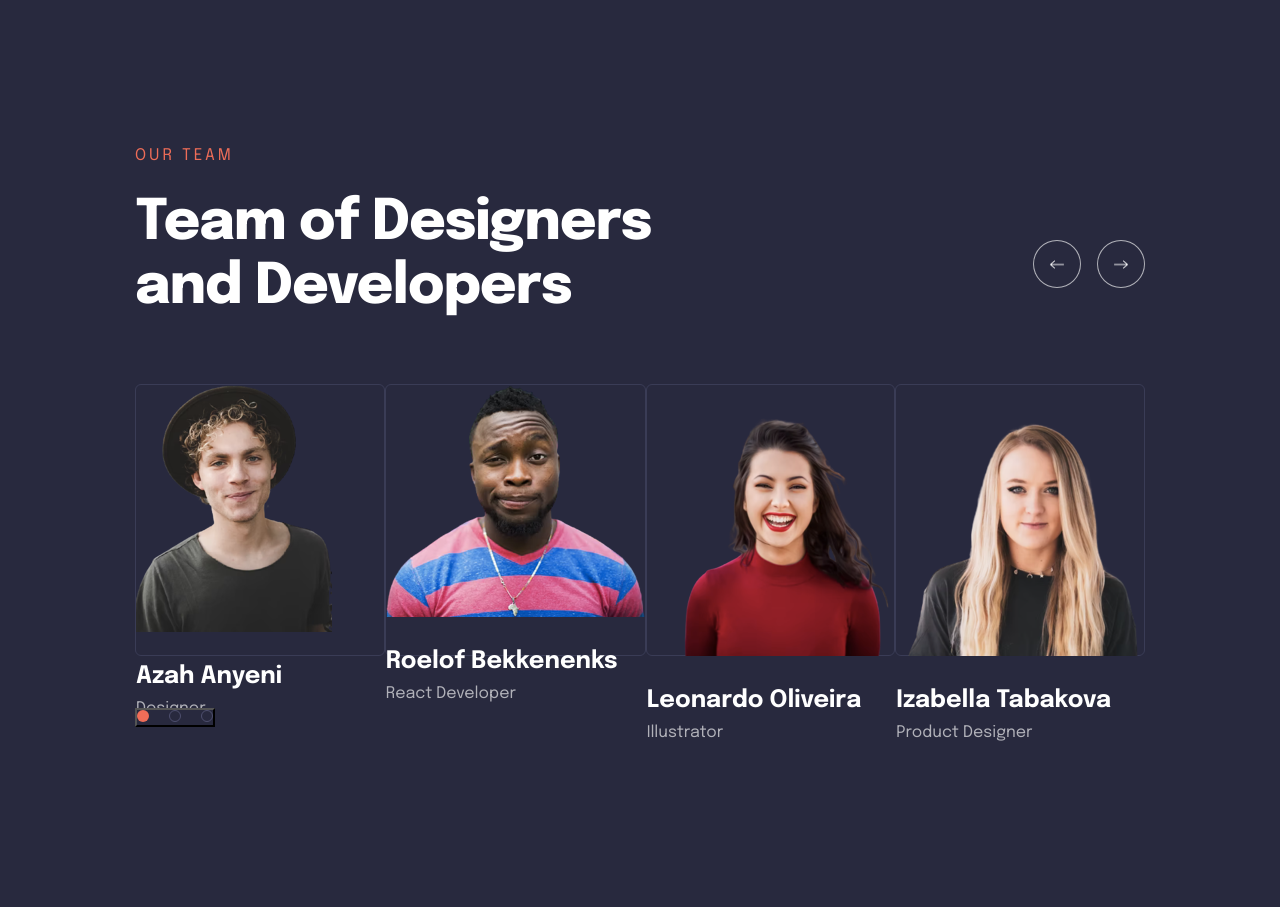
Repository: NatiqSamiyev/next-figma-project
Page: index.html
An editor plug-in stored every save of this project. The page is shown before and after a run of saves, followed by the edit.
The browser window is 1280 px wide. The pictures show the whole page.

Above is the page before, as saved 2023-08-21 15:40:32.

### index.html
<!DOCTYPE html>
<html lang="en">
<head>
    <meta charset="UTF-8">
    <meta name="viewport" content="width=device-width, initial-scale=1.0">
    <title>Document</title>
    <link rel="stylesheet" href="index.css">
</head>
<body>

    <div class="container">
        <div class="top-container">

            <div class="left">
                <h1>Our Team</h1>
                <h2>
                    Team of Designers
                    and Developers
                </h2>

            </div>

            <div class="right">

                    <button class="btn-1">
                        <img src="./image/Path.png" alt="">
                    </button>



                    <button class="btn-2">
                        <img src="./image/Path (1).png" alt="">
                    </button>


            </div>
        </div>


        <div class="image-box">
            <ul>
                <li class="first-child">
                    <div>
                        <img src="./image/Bitmap.svg" alt="">
                    </div>
                    <h3>Azah Anyeni</h3>
                    <p>Designer</p>
                </li>

                <li class="nth-child(2)">
                    <div>
                        <img src="./image/Bitmap (1).svg" alt="">
                    </div>
                    <h3>Roelof Bekkenenks</h3>
                    <p>React Developer</p>
                </li>

                <li class="nth-child(3)">
                    <div>
                        <img src="./image/Bitmap (2).svg" alt="">

                    </div>
                    <h3>Leonardo Oliveira</h3>
                    <p>Illustrator</p>
                </li>

                <li class="last-child">
                    <div>
                        <img src="./image/Bitmap (3).svg" alt="">

                    </div>
                    <h3>Izabella Tabakova</h3>
                    <p>Product Designer</p>
                </li>
            </ul>

        </div>

        <div class="bottom-container">
            <button>
                <img src="./image/pins.svg" alt="">
            </button>

        </div>


</body>
</html>

### index.css
@import url('https://fonts.googleapis.com/css2?family=Epilogue:wght@400;700;800&display=swap');
*{
    margin: 0;
    padding: 0;
    box-sizing: border-box;
}

.container{
    width: 100%;
    padding: 140px 135px 180px 135px;
    background-color: #28293E;

}

.top-container{
    display: flex;
    justify-content: space-between;

}

.left{
    width: 531px;
}

.left h1{
    color: var(--text-light-accent, #EF6D58);
    font-feature-settings: 'clig' off, 'liga' off;
    font-family: Epilogue;
    font-size: 16px;
    font-style: normal;
    font-weight: 400;
    line-height: 32px;
    letter-spacing: 3px;
    text-transform: uppercase;

}

.left h2{
    color: var(--text-light, #FFF);
    font-feature-settings: 'clig' off, 'liga' off;
    font-family: Epilogue;
    font-size: 56px;
    font-style: normal;
    font-weight: 800;
    line-height: 64px;
    letter-spacing: -1px;
    margin-top: 20px;

}

.right{
    display: flex;
    margin-top: 100px;
}

.right .btn-1{
    margin-right: 16px;


}

.right button{
    border: none;
    border:  1px solid  var(--text-light-gray, rgba(255, 255, 255, 0.64));;
    border-radius: 25px;
    width: 48px;
    height: 48px;
    background-color: #28293E;
    display: flex;
    justify-content: center;
    align-items: center;
}


.right  img{
    width: 14.001px;
    height: 9.001px;
    fill: #FFF;
}



.image-box{
    width: 100%;
    margin-top: 64px;
}

.image-box ul{
    display: flex;
    justify-content: space-between;
}

.image-box ul li{
    list-style-type: none;
    width: 270px;
    height: 272px;
    border-radius: 6px;
    border: 1px solid #3A3C56;
}

li:first-child img {
    width: 196px;
    height: 247px;

}

li:nth-child(2) img{
    width: 259px;
    height: 232px;
}

li:nth-child(3) img{
    width: 205px;
    height: 238px;
    margin-left: 37px;
    margin-top: 33px;
}

.last-child img{
    width: 230px;
    height: 233px;
    margin-top: 38px;
    margin-left: 12px;
}


.image-box ul li h3{
    margin-top: 25px;
    color: var(--text-light, #FFF);
    font-feature-settings: 'clig' off, 'liga' off;
    font-family: Epilogue;
    font-size: 24px;
    font-style: normal;
    font-weight: 700;
    line-height: 32px;
}

.image-box ul li p{
    color: var(--text-light-gray, rgba(255, 255, 255, 0.64));
    font-feature-settings: 'clig' off, 'liga' off;
    font-family: Epilogue;
    font-size: 16px;
    font-style: normal;
    font-weight: 400;
    line-height: 32px;
}

.bottom-container{
    margin-top: 52px;


}

.bottom-container button{

    background: #28293E;




}

.bottom-container button img{
    width: 76px;
    height: 12px;



}

After the next 3 saves:
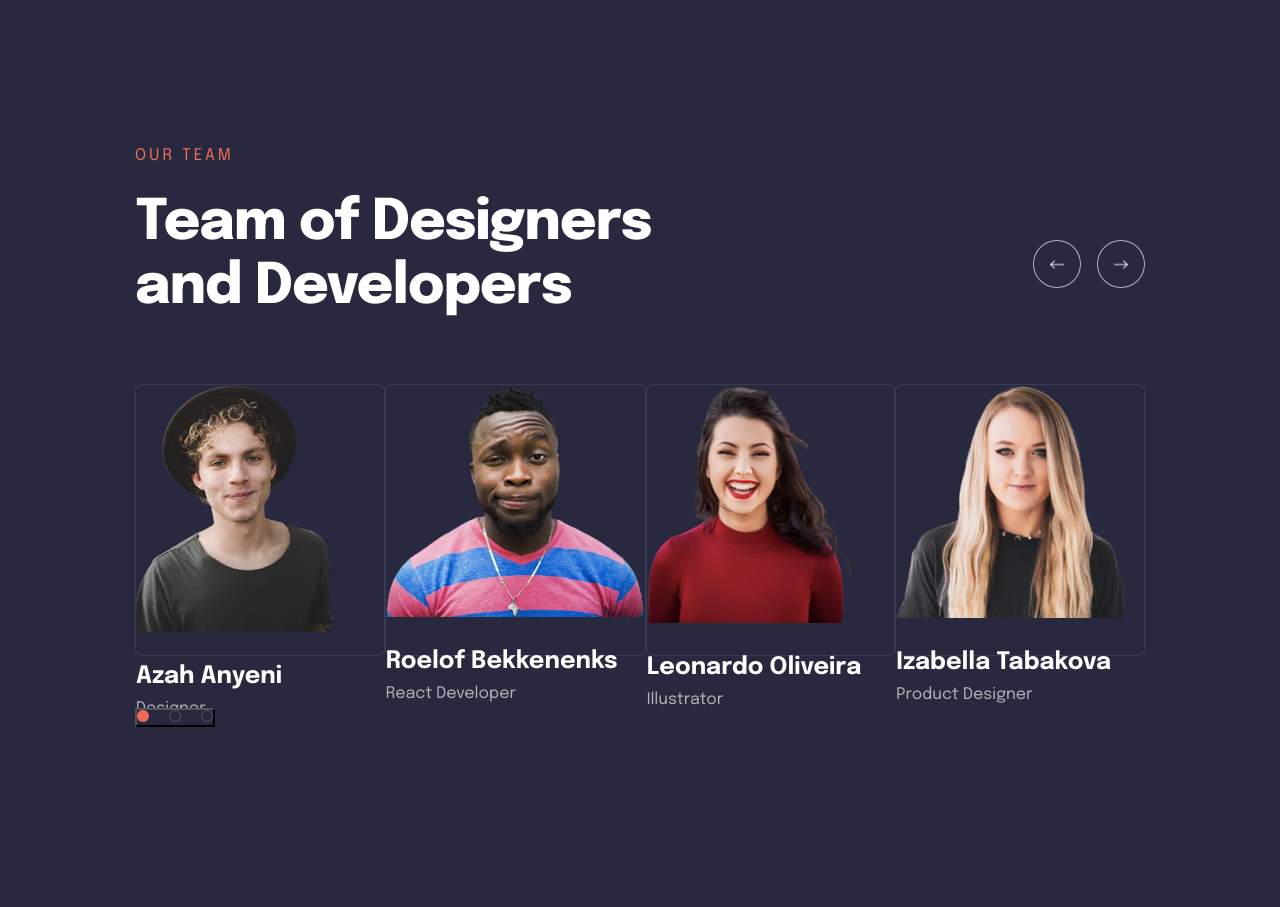
The 3 saves are shown as one change because they came seconds apart.
The last was saved 10 s later.
--- a/index.css
+++ b/index.css
@@ -112,15 +112,11 @@ li:nth-child(2) img{
 li:nth-child(3) img{
     width: 205px;
     height: 238px;
-    margin-left: 37px;
-    margin-top: 33px;
 }
 
 .last-child img{
     width: 230px;
     height: 233px;
-    margin-top: 38px;
-    margin-left: 12px;
 }
 
 
